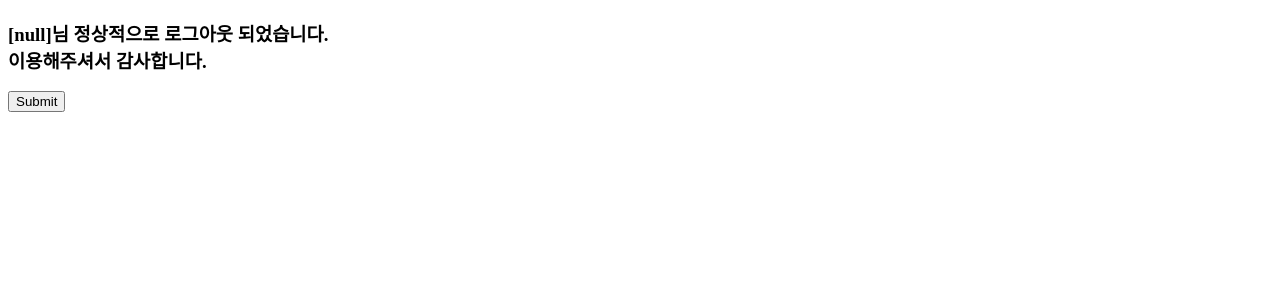
Repository: Gabintree/JDBC2019
Page: http://localhost/Jsp20190510_start/20190524_CookieSessionLogout.jsp
The author's editor kept a copy of each file at every save. The page is drawn from the files as they stood at one save, then again after a run of saves.
The browser window is 1280 px wide. The pictures show the whole page.
The page is served by Tomcat 9.

Above is the page before, as saved 2019-05-24 06:26:32.

### Jsp20190510_start/WebContent/20190524_CookieSessionLogout.jsp
<%@ page language="java" contentType="text/html; charset=UTF-8"
    pageEncoding="UTF-8"%>
<!DOCTYPE html>
<html>
<head>
<meta charset="UTF-8">
<title>쿠키를 이용한 세션관리</title>
</head>
<body>

<%
	Cookie[] cookies = request.getCookies();
	String loginStatus = null;
	String rememberId = null;
	String id = null;

	if(cookies != null && cookies.length >0){
		for(int i = 0; i <cookies.length;i++ ){
			if(cookies[i].getName().equals("loginStatus")){
				loginStatus = cookies[i].getValue();
				cookies[i].setValue("logout");
				cookies[i].setMaxAge(0);
				response.addCookie(cookies[i]);
			}
			if(cookies[i].getName().equals("id")){
				id = cookies[i].getValue();
			}
		}
	}
%>
<h3>[<%= id %>]님 정상적으로 로그아웃 되었습니다.<br>
이용해주셔서 감사합니다.</h3>

<%
	if(rememberId != null && rememberId.equals("temp")) {
		if(cookies != null && cookies.length > 0) {
			for (int i = 0; i < cookies.length; i++){
				if (cookies[i].getName().equals("id")){
					cookies[i].setMaxAge(0);
					response.addCookie(cookies[i]);
				}
			}
		}
	}

%>
	<form action ="20190524_CookieSessionLogin.jsp" method ="post">
		<input type ="submit"
	</form>



</body>
</html>

After the next 2 saves:
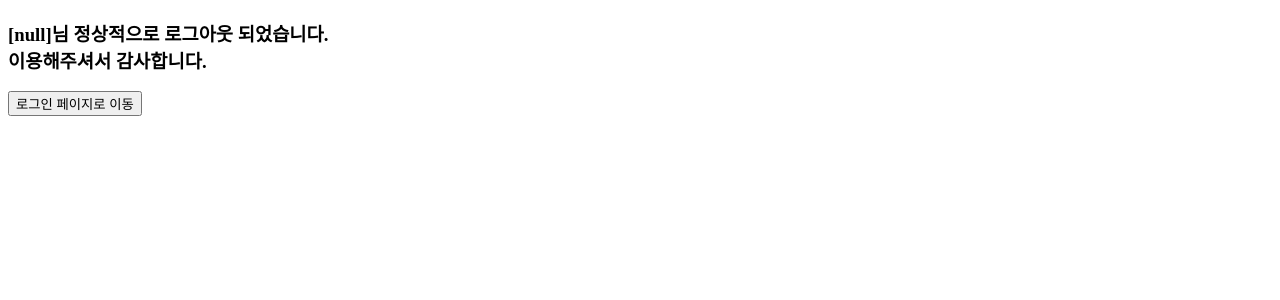
The 2 saves are shown as one change because they came seconds apart.
The last was saved 8 s later.
--- a/Jsp20190510_start/WebContent/20190524_CookieSessionLogout.jsp
+++ b/Jsp20190510_start/WebContent/20190524_CookieSessionLogout.jsp
@@ -45,7 +45,7 @@
 
 %>
 	<form action ="20190524_CookieSessionLogin.jsp" method ="post">
-		<input type ="submit"
+		<input type ="submit" value="로그인 페이지로 이동">
 	</form>
 
 
